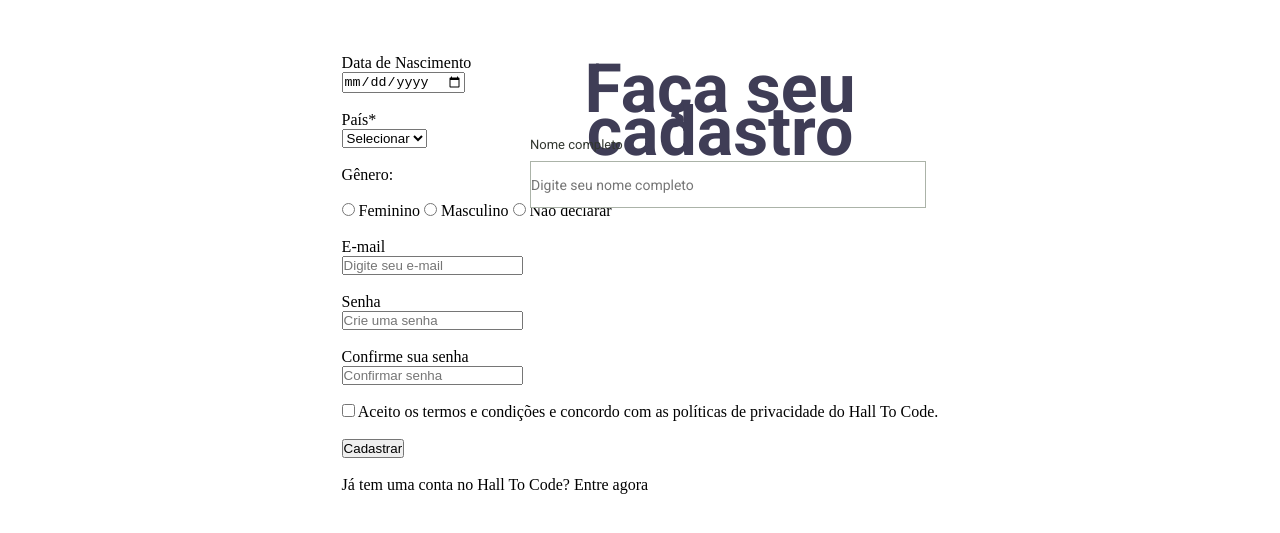
Repository: RenatoCCS/formularios
Page: cadastro.html
An editor plug-in stored every save of this project. The page is shown before and after the next save, followed by the edit.
The browser window is 1280 px wide. The pictures show the whole page.

Above is the page before, as saved 2023-03-22 20:31:57.

### cadastro.html
<!DOCTYPE html>
<html lang="pt-br">
  <head>
    <meta charset="UTF-8" />
    <meta http-equiv="X-UA-Compatible" content="IE=edge" />
    <meta name="viewport" content="width=device-width, initial-scale=1.0" />
    <link rel="stylesheet" href="style.css" />
    <title>Faça seu cadastro</title>
  </head>

  <body class="container">
    <form action="" class="form__Cadastro">
      <div class="form__Cadastro__Titulo">
        <h1>Faça seu cadastro</h1>
      </div>

      <label class="cadastro__Titulo__Nome" for="name">Nome completo</label>
      <br />
      <input
        class="cadastro__Nome"
        id="name"
        type="text"
        name="name"
        placeholder="Digite seu nome completo"
      />
      <br /><br />

      <label for="date">Data de Nascimento</label>
      <br />
      <input id="date" type="date" name="date" placeholder="dd/mm/aaaa" />
      <br /><br />

      <label for="options__Cascading">País*</label><br />
      <select name="opções" id="options__Cascading ">
        <option>Selecionar</option>
        <option>Brasil</option>
        <option>Argentina</option>
        <option>Chile</option>
        <option>Uruguai</option>
      </select>
      <br /><br />

      <section>
        <legend>Gênero:</legend>
        <br />
        <input id="option__Button__Feminino" type="radio" name="botão" />
        <label for="option__Button__Feminino">Feminino</label>

        <input id="option__Button__Masculino" type="radio" name="botão" />
        <label for="option__Button__Masculino">Masculino</label>

        <input id="option__Button__Naodeclarar" type="radio" name="botão" />
        <label for="option__Button__Naodeclarar">Não declarar</label>
      </section>
      <br />

      <label for="email">E-mail</label>
      <br />
      <input
        id="email"
        type="email"
        name="email"
        placeholder="Digite seu e-mail"
      />
      <br /><br />

      <label for="password">Senha</label>
      <br />
      <input
        id="password"
        type="password"
        name="senha"
        placeholder="Crie uma senha"
      />
      <br /><br />

      <label for="confirm__Password">Confirme sua senha</label>
      <br />
      <input
        id="confirm__Password"
        type="password"
        name="confirmar__Senha"
        placeholder="Confirmar senha"
      />
      <br /><br />

      <input type="checkbox" name="termos" id="term" />
      <label for="term"
        >Aceito os termos e condições e concordo com as políticas de privacidade
        do Hall To Code.</label
      ><br /><br />

      <button type="submit">Cadastrar</button>
      <br /><br />

      <p>Já tem uma conta no Hall To Code? Entre agora</p>
    </form>
  </body>
</html>

### style.css
@import url('https://fonts.googleapis.com/css2?family= Roboto :wght@400;700 & display=swap');

* {
  margin: 0;
  padding: 0;
}

:root {
  --primeira-cor: #3f3d56;
  --segunda-cor: #323730;
  --terceira-cor: #abb3a8;

  --fonte-primaria: 'Roboto', sans-serif;
}

.container {
  display: flex;
  justify-content: center;
}

.form__Cadastro__Titulo {
  position: absolute;
  width: 302px;
  height: 43px;
  left: 569px;
  top: 68px;
  color: var(--primeira-cor);
  font-family: var(--fonte-primaria);
  font-style: normal;
  font-weight: 700;
  font-size: 34px; /*o indicado é 37px, mas se manter quebra a linha*/
  line-height: 43px;
  text-align: center;
}

.cadastro__Titulo__Nome {
  position: absolute;
  width: 100px;
  height: 24px;
  left: 530px;
  top: 133px;
  color: var(--segunda-cor);
  font-family: var(--fonte-primaria);
  font-style: normal;
  font-weight: 400;
  font-size: 13px; /*o indicado é 14px, mas se manter quebra a linha*/
  line-height: 24px;
}

.cadastro__Nome {
  position: absolute;
  width: 163px;
  height: 24px;
  left: 14px;
  top: 34px;
  color: var(--terceira-cor);
  font-family: var(--fonte-primaria);
  font-style: normal;
  font-weight: 400;
  font-size: 14px; /*o indicado é 14px, mas se manter quebra a linha*/
  line-height: 24px;
}

.cadastro__Nome {
  color: var(--terceira-cor);
  box-sizing: border-box;
  border: solid 1px;
  width: 396px;
  height: 47px;
  left: 530px;
  top: 161px;
}

After the next save:
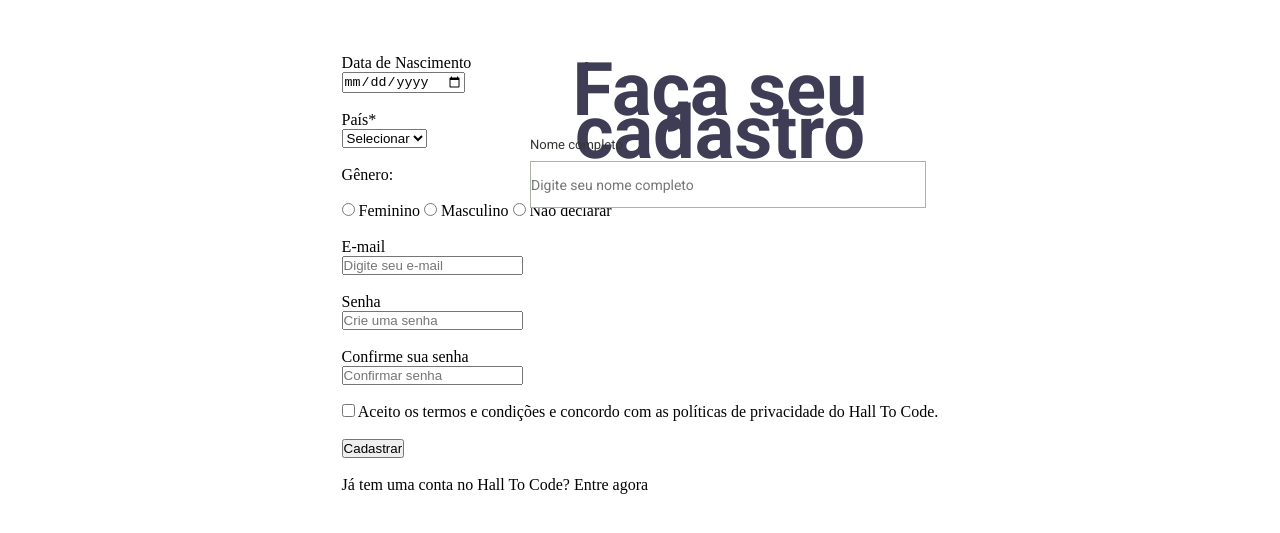
Saved 118 s later.
--- a/style.css
+++ b/style.css
@@ -28,7 +28,7 @@
   font-family: var(--fonte-primaria);
   font-style: normal;
   font-weight: 700;
-  font-size: 34px; /*o indicado é 37px, mas se manter quebra a linha*/
+  font-size: 37px; /*o indicado é 37px, mas se manter quebra a linha*/
   line-height: 43px;
   text-align: center;
 }

After the save that followed:
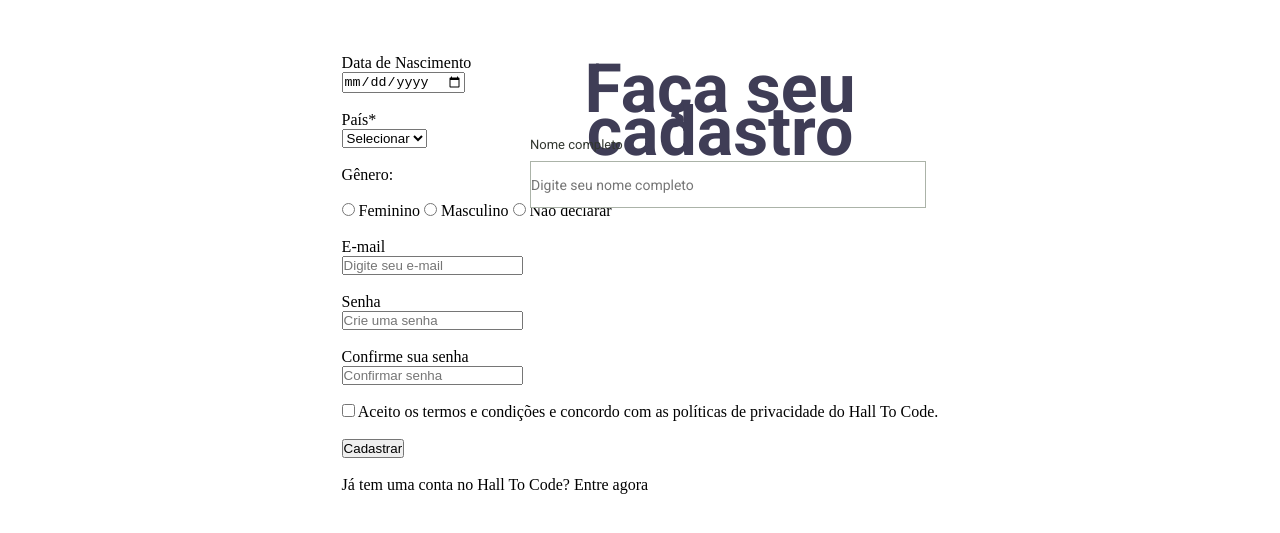
Saved 7 s later.
--- a/style.css
+++ b/style.css
@@ -28,7 +28,7 @@
   font-family: var(--fonte-primaria);
   font-style: normal;
   font-weight: 700;
-  font-size: 37px; /*o indicado é 37px, mas se manter quebra a linha*/
+  font-size: 34px; /*o indicado é 37px, mas se manter quebra a linha*/
   line-height: 43px;
   text-align: center;
 }
